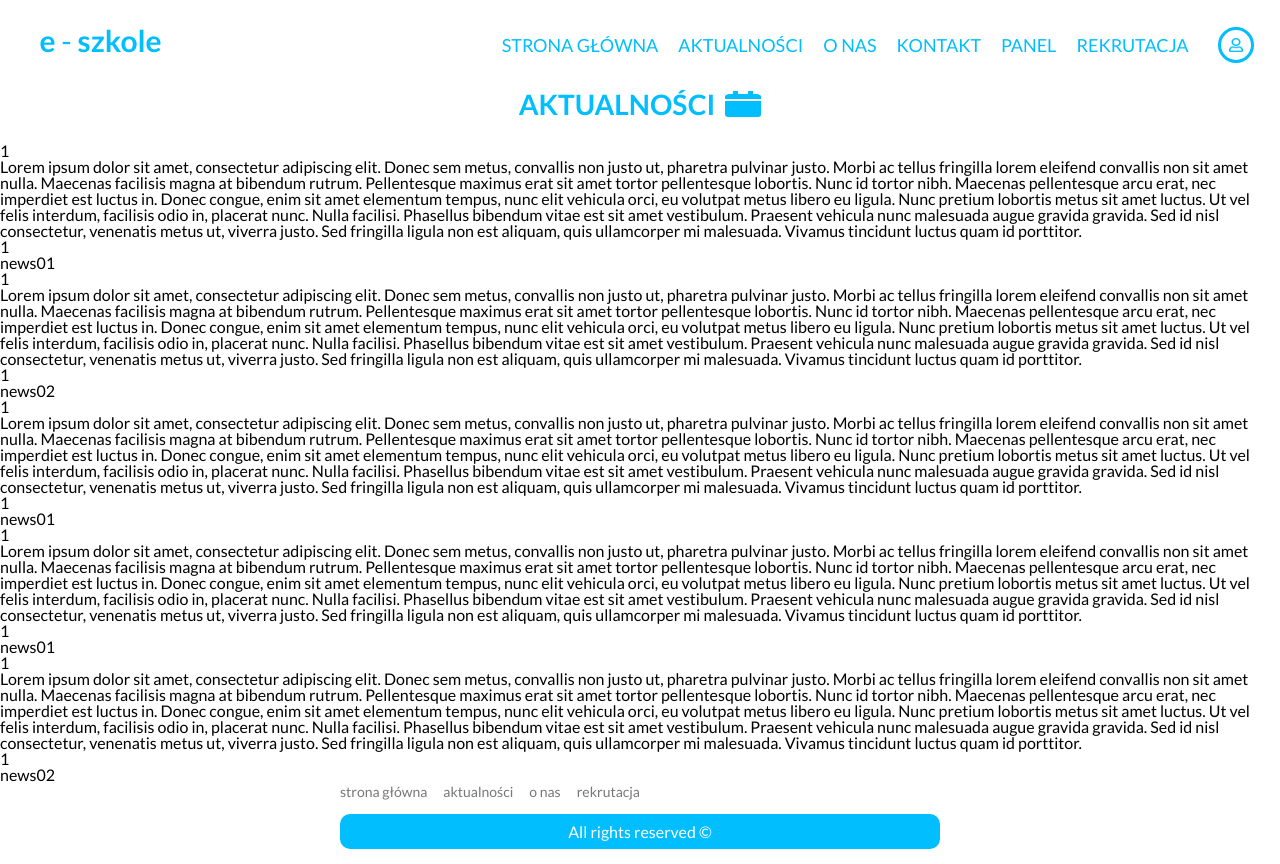
Repository: Votex874/e-szkole
Page: /blog (app in app/)
The author's editor kept a copy of each file at every save. The page is drawn from the files as they stood at one save, then again after the next save.
The browser window is 1280 px wide. The pictures show the whole page.
The project was rebuilt for these pictures with package versions that can differ from the ones it lists, and the page was loaded fresh each time. Also part of the build but not shown: app/src/components/News/Title/index.js, app/src/components/News/Content/index.js, app/src/components/News/Avatar/index.js, app/src/components/News/Footer/index.js, app/src/components/News/index.js, app/src/components/AboutUs/Content/index.js, app/src/components/AboutUs/index.js, app/src/components/Graduates/ListItem/index.js and 11 more.

Above is the page before, as saved 2019-03-05 17:56:53.

### app/src/index.js
import React from 'react';
import ReactDOM from 'react-dom';
import App from './App';
import * as serviceWorker from './serviceWorker';
import { createStore } from 'redux';
import { Provider } from 'react-redux';
import rootReducer from './reducers/rootReducer'

const store = createStore(rootReducer);

ReactDOM.render(<Provider store={store}><App /></Provider>, document.getElementById('root'));

// If you want your app to work offline and load faster, you can change
// unregister() to register() below. Note this comes with some pitfalls.
// Learn more about service workers: http://bit.ly/CRA-PWA
serviceWorker.unregister();

### app/src/App.js
import React, { Component } from 'react';
import { Route, BrowserRouter, Switch } from 'react-router-dom'
import './reset.scss'

import Home from './containers/Home/index'
import Login from './containers/Login/index'
import Contact from './containers/Contact/index'
import News from './containers/News/index'

class App extends Component {
  render() {
    return (
      <BrowserRouter>
        <Switch>
          <Route exact path='/' component={Home} />
          <Route path='/login' component={Login} />
          <Route path='/kontakt' component={Contact} />
          <Route path='/blog' component={News} />
        </Switch>
      </BrowserRouter>
    );
  }
}

export default App;

### app/src/reset.scss
html, body, div, span, applet, object, iframe,
h1, h2, h3, h4, h5, h6, p, blockquote, pre,
a, abbr, acronym, address, big, cite, code,
del, dfn, em, img, ins, kbd, q, s, samp,
small, strike, strong, sub, sup, tt, var,
b, u, i, center,
dl, dt, dd, ol, ul, li,
fieldset, form, label, legend,
table, caption, tbody, tfoot, thead, tr, th, td,
article, aside, canvas, details, embed,
figure, figcaption, footer, header, hgroup,
menu, nav, output, ruby, section, summary,
time, mark, audio, video {
	margin: 0;
	padding: 0;
	border: 0;
	font-size: 100%;
	font: inherit;
	vertical-align: baseline;
}
/* HTML5 display-role reset for older browsers */
article, aside, details, figcaption, figure,
footer, header, hgroup, menu, nav, section {
	display: block;
}
body {
	line-height: 1;
}
ol, ul {
	list-style: none;
}
blockquote, q {
	quotes: none;
}
blockquote:before, blockquote:after,
q:before, q:after {
	content: '';
	content: none;
}
table {
	border-collapse: collapse;
	border-spacing: 0;
}
@import url('https://fonts.googleapis.com/css?family=Lato:300,300i,400,400i,700&amp;subset=latin-ext');

 body {
	font-family: 'Lato', sans-serif;
 }

 a{
	 text-decoration: none;
 }

### app/src/containers/News/index.js
import React, { Component } from 'react'

import HeaderMain from '../../components/HeaderMain/index'
import Footer from '../../components/Footer/index'
import Blog from '../../components/Blog/index'


class News extends Component {
  render (){
    return (
      <React.Fragment>
        <HeaderMain />
        <Blog />
        <Footer />
      </React.Fragment>
    )
  }
}

export default News

### app/src/components/HeaderMain/index.js
import React, { Component } from 'react';
import styled from 'styled-components'
import Logo from '../Logo/index'
import Navigation from '../Nav/index'
import Hamburger from '../Hamburger/index'

const Header = styled.header`
 max-width: 1400px;
 height: 100px;
 margin: 0 auto;
 display: flex;
 justify-content: space-between;
 align-items: center;
 box-sizing: border-box;
 margin-top: 15px;
 @media (max-width: 1400px){
   width: 96%;
   height: 50px;
   align-items: center;
 }
`

class HeaderMain extends Component {
  constructor(props){
    super(props)

    this.state = {
      width: 0
    }
  }

  componentDidMount = () => {
    this.updateWindowDimensions();
    window.addEventListener('resize', this.updateWindowDimensions);
  }

  componentWillUnmount = () => {
    window.removeEventListener('resize', this.updateWindowDimensions);
  }

  updateWindowDimensions = () => {
    this.setState({ width: window.innerWidth });
  }

  render() {
    const { width } = this.state;
    return (
      <Header>
        <Logo />
        { width <= 767 ? <Hamburger /> : <Navigation /> }
      </Header>
    );
  }
}

export default HeaderMain;

### app/src/components/Footer/index.js
import React, { Component } from 'react'
import styled from 'styled-components'
import FooterNav from './FooterNav/index'
import { lightBlue } from '../../constColors'

const FooterContainer = styled.footer`
  width: 600px;
  margin: 0 auto;
  @media (max-width: 767px){
    width: 100%;
  }
`

const FooterBanner = styled.div`
  background-color: ${lightBlue};
  display: flex;
  justify-content: center;
  align-items: center;
  color: #fff;
  margin: 15px auto;
  height: 35px;
  border-radius: 10px;
  @media (max-width: 767px){
    width: 100%;
    border-radius: 0;
  }
`

class Footer extends Component {
  render(){
    return (
      <FooterContainer>
        <FooterNav />
        <FooterBanner>All rights reserved &copy; </FooterBanner>
      </FooterContainer>
    )
  }
}


export default Footer

### app/src/components/Blog/index.js
import React, { Component } from 'react'
import styled from 'styled-components'
import { connect } from 'react-redux'

import Post from './Post/index'
import SectionTitle from '../SectionTitle/index'
import IconNews from '../../images/icons/calendar.png'

const BlogContainer = styled.section`
`

class Blog extends Component {
  constructor(props){
    super(props)

    this.state = {
      title: "Aktualności"
    }
  }

  render(){
    const { news } = this.props
    return (
      <BlogContainer>
      <SectionTitle img={IconNews} title={this.state.title} />
        {news.map((post, i) => (
          <Post key={i} content={post} />
        ))}
      </BlogContainer>
    )
  }
}

const mapStateToProps = ({ news }) => {
  return {
    news
  }
}

export default connect(mapStateToProps)(Blog)

### app/src/components/Logo/index.js
import React, { Component } from 'react';
import styled from 'styled-components'
import { shineOnHover, lightBlue } from '../../constColors'
import { Link } from 'react-router-dom'

const Alink = styled.span`
  display: flex;
  flex-direction: column;
  justify-content: center;
  align-items: center;
  width: 225px;
  padding: 0 10px;
  text-decoration: none;
  font-size: 50px;
  @media (max-width: 767px) {
    width: 150px;
    height: auto;
    font-size: 28px;
    align-items: flex-start;
    justify-content: flex-start;
    padding: 0;
  }
  @media (min-width: 768px) and (max-width: 1400px) {
    width: 150px;
    font-size: 30px;
    padding: 0;
  }
  @media (min-width: 1401px){
    ${shineOnHover}
  }
`
const Span = styled.h1`
  color: ${lightBlue};
  transition: .2s;
`
const Bold = styled.b`
  font-weight: bold;
`

class Logo extends Component {
  constructor(props){
    super(props)

    this.state = {
      logoLink: '/'
    }
  }
  render() {
    const { logoLink } = this.state;
    return (
      <Link to={logoLink}>
        <Alink>
          <Span id='logo' className="logo2"><Bold>e</Bold> - <Bold>szkole</Bold></Span>
        </Alink>
      </Link>
    );
  }
}

export default Logo;

### app/src/components/Nav/index.js
import React, { Component } from 'react';
import { connect } from 'react-redux'
import styled from 'styled-components'
import SingleLink from './Link/index'
import LoginButton from './../LoginButton/index';


const Nav = styled.nav`
  display: flex;
  margin: 10px 20px 0 auto;
  @media (max-width: 767px){
    flex-direction: column;
    margin: 120px 0 0 0;
  }
`

class Navigation extends Component {

  handleEnableScroll = () => {
    document.querySelector('body').style.overflow = "auto";
  }

  render() {
    const { links } = this.props;
    let listOfLinks = [];
    let i = 0;
    for (const key of Object.keys(links)) {
      // console.log(key, links[key]);
      listOfLinks[i] = <SingleLink onClick={this.handleEnableScroll} data={links[key]} key={key} />
      i++;
    }
    return (
      <React.Fragment>
        <Nav>
          {listOfLinks}
        </Nav>
        <LoginButton />
      </React.Fragment>
    );
  }
}

const mapStateToProps = (state) => {
  return {
    links: state.links
  }
}

export default connect(mapStateToProps)(Navigation);

### app/src/components/Hamburger/index.js
import React, { Component } from 'react';
import styled from 'styled-components'
import hamburgerImg from '../../images/icons/hamburger.png'
import times from '../../images/icons/times.png'
import Navigation from '../Nav/index'

const Hamburger = styled.div`
  width: 40px;
  height: 40px;
`

const HamburgerImg = styled.img`
  width: 100%;
  height: 100%;
  opacity: 1;
  transition: .4s;
  position: relative;
  z-index: 10;
`

const MobileContainer = styled.div`
  position: absolute;
  display: flex;
  flex-direction: column-reverse;
  top: 0;
  left: 0;
  width: 100vw;
  height: 100vh;
  background-color: #fff;
  opacity: .9;
  z-index: 1;
  transition: .3s;
`

class Hambuger extends Component {
  constructor(props){
    super(props)

    this.body = document.querySelector('body');

    this.state = {
      imgAlt: 'hamburgerMenuIcon',
      imgSrc: hamburgerImg,
      fade: 1,
      displayMobile: 'none'
    }
  }

  handleHamburger = () => {
    const { imgSrc } = this.state;
    setTimeout( () => {
      if (imgSrc !== hamburgerImg) {
        this.body.style.overflow = "auto";
        this.setState({
          imgSrc: hamburgerImg,
          displayMobile: 'none',
          fade: 1
        })
      } else {
        this.body.style.overflow = "hidden";
        this.setState({
          imgSrc: times,
          displayMobile: 'block',
          fade: 1
        })
      }
    }, 400)
    this.setState({
      fade: 0
    })
  }

  render() {
    const { imgAlt, imgSrc, fade, displayMobile } = this.state
    return (
      <Hamburger>
        <HamburgerImg style={{opacity: fade}} src={imgSrc} alt={imgAlt} onClick={this.handleHamburger}/>
        <MobileContainer style={{display: displayMobile}}>
          <Navigation />
        </MobileContainer>
      </Hamburger>
    );
  }
}


export default Hambuger;

### app/src/components/SectionTitle/index.js
import React from 'react'
import styled from 'styled-components'
import { lightBlue } from '../../constColors'

const HeaderTitle = styled.h2`
  color: ${lightBlue};
  font-size: 32px;
  text-transform: uppercase;
  font-weight: bold;
  text-align: center;
  @media (max-width: 767px){
    font-size: 22px;
  }
  @media (min-width: 768px) and (max-width: 1400px){
    font-size: 28px;
  }
`
const HeaderImg = styled.img`
  width: 40px;
  height: 30px;
  margin-left: 10px;
  @media(max-width: 767px){
    width: 30px;
    height: 20px;
  }
  @media (min-width: 768px) and (max-width: 1400px){
    width: 36px;
    height: 26px;
  }
`

const Header = styled.header`
  display: flex;
  justify-content: center;
  align-items: center;
  width: 90%;
  margin: 25px auto;
`

const SectionTitle = ({ title, img }) => {
  return (
    <Header>
      <HeaderTitle>{title}</HeaderTitle>
      <HeaderImg src={img} alt="ikona zespolu"/>
    </Header>
  )
}


export default SectionTitle;

### app/src/components/Footer/FooterNav/index.js
import React, { Component } from 'react'
import styled from 'styled-components'
import NavLink from './NavLink/index'
import { connect } from 'react-redux'

const NavContainer = styled.nav`
  display: flex;
  justify-content: space-between;
  width: 50%;
  @media (max-width: 767px){
    width: 90%;
    margin: 0 auto;
  }
`

class FooterNav extends Component {
  constructor(props){
    super(props)

    this.state = {
      nav: []
    }
  }
  componentDidMount = () => {
    const { links } = this.props
    let listOfNavs = [];
    let i = 0;
    for (const key of Object.keys(links)) {
      if(links[key].basic === 'true'){
        listOfNavs[i] =
          <NavLink name={links[key].name} url={links[key].url} key={key} />
        i++;
      }
    }
    this.setState({
      nav: listOfNavs
    })
  }

  render(){
    const { nav } = this.state;
    return(
      <NavContainer>
        {nav}
      </NavContainer>
    )
  }
}

const mapStateToProps = (state) => {
  return {
    links: state.links
  }
}

export default connect(mapStateToProps)(FooterNav);

### app/src/constColors.js
const brown = '#BF5000';
const greenDark = '#008723';
const greenLight = '#34BD56';
const lightBlue = '#00BEFF';
const turquoise = '#fff';
const darkBlue = '#0057AE';

const shineOnHover = `
position: relative;
    overflow: hidden;
    display: inline-block;
    border-radius: 5px;
    text-align: center;
    line-height: 50px;

  &:after {
    content: "";
    position: absolute;
    top: -110%;
    left: -210%;
    width: 200%;
    height: 200%;
    opacity: 0;
    /* transform: rotate(30deg); */

    background: rgba(0, 190, 255, 0.13);
    background: linear-gradient(
      to right,
      rgba(0, 190, 255, 0.13) 0%,
      rgba(0, 190, 255, 0.13) 77%,
      rgba(0, 190, 255, 0.5) 92%,
      rgba(0, 190, 255, 0.0) 100%
    );
  }

  &:hover:after {
    opacity: 1;
    top: -30%;
    left: -30%;
    transition-property: left, top, opacity;
    transition-duration: 0.7s, 0.7s, 0.15s;
    transition-timing-function: ease;
  }


  &:active:after {
    opacity: 0;
  }
`

export { brown, greenLight, greenDark, lightBlue, shineOnHover, turquoise, darkBlue }

### app/src/components/Blog/Post/index.js
import React, { Component } from 'react'
import styled from 'styled-components'

import Avatar from './Avatar/index'
import Content from './Content/index'
import Footer from './Footer/index'
import Title from './Title/index'

const PostContainer = styled.article`

`

const ContentContainer = styled.section`

`

class Post extends Component {
  render() {
    const { content } = this.props
    return (
      <PostContainer>
        <ContentContainer>
          <Title title={content.title} />
          <Content text={content.content} />
          <Footer date={content.date} author={content.author} />
        </ContentContainer>
        <Avatar img={content.imageName} />
      </PostContainer>
    )
  }
}

export default Post

### app/src/components/Nav/Link/index.js
import React from 'react';
import styled from 'styled-components'
import { shineOnHover, lightBlue } from '../../../constColors'
import { Link } from 'react-router-dom'

const Alink = styled.span`
  text-decoration: none;
  color: ${lightBlue};
  margin: 10px 0;
  padding: 0 12px;
  font-size: 20px;
  text-transform: uppercase;
  text-align: center;

  @media (max-width: 767px){
    font-size: 24px;
    display: flex;
    justify-content: center;
    align-items: center;
  }
  @media (min-width: 768px) and (max-width: 1050px){
    font-size: 14px;
    margin: 10px 0;
    padding: 4px;
  }
  @media (min-width: 1051px) and (max-width: 1400px){
    font-size: 18px;
    margin: 10px 0;
    padding: 0 10px;
  }
  @media (min-width: 1401px){
    ${shineOnHover}
}
`

const SingleLink = ({ data }) => {
  return (
    <Link to={data.url}>
      <Alink>
        {data.name}
      </Alink>
    </Link>
  )
}

export default SingleLink;

### app/src/components/LoginButton/index.js
import React, { Component } from 'react';
import styled from 'styled-components'
import imgUser from '../../images/icons/loginUser.png'
import { shineOnHover, lightBlue } from '../../constColors'
import { Link } from 'react-router-dom'

const ButtonAlink = styled.span`
  width: 160px;
  height: 30px;
  font-size: 14px;
  text-transform: uppercase;
  font-weight: bold;
  text-decoration: none;
  display: flex;
  justify-content: center;
  align-items: center;
  border-radius: 20px;
  border: 3px solid ${lightBlue};
  margin-top: 10px;
  @media (max-width: 767px){
    position: absolute;
    top: 15px;
    left: 10px;
    width: 220px;
    height: 40px;
    font-size: 24px;
  }
  @media (min-width: 768px) and (max-width: 1400px){
    width: 30px;
  }
  @media (min-width: 1401px){
    ${shineOnHover}
    border-radius: 20px;
    line-height: normal;
    display: flex;
  }
`

const IconImg = styled.img`
  background-position: center;
  background-size: cover;
  background-repeat: no-repeat;
  margin-left: 15px;
  width: 14px;
  height: 14px;
  @media (max-width: 767px){
    width: 26px;
    height: 26px;
  }
  @media (min-width: 768px) and (max-width: 1400px){
    margin-left: 0;
  }
`
const SpanText = styled.span`
  color: ${lightBlue};
  @media (min-width: 768px) and (max-width: 1400px){
    display: none;
  }
`

class LoginButton extends Component {
  constructor(props){
    super(props)

    this.state = {
      loginLink: '/login'
    }
  }

  handleEnableScroll = () => {
    document.querySelector('body').style.overflow = "auto";
  }

  render() {
    const { loginLink } = this.state;
    return (
      <Link onClick={this.handleEnableScroll} to={loginLink} >
        <ButtonAlink>
          <SpanText>zaloguj się</SpanText>
          <IconImg src={imgUser} />
        </ButtonAlink>
      </Link>
    );
  }
}

export default LoginButton;

### app/src/components/Footer/FooterNav/NavLink/index.js
import React from 'react'
import styled from 'styled-components'
import { Link } from 'react-router-dom'

const Alink = styled.span`
  text-decoration: none;
  font-size: 14px;
  color: #777;
  @media (max-width: 767px){
    font-size: 12px;
  }
  @media (min-width: 768px) and (max-width: 1400px){
    font-size: 14px;
  }
`


const NavLink = ({ name, url }) => {
  return (
    <Link to={url}>
      <Alink>{name}</Alink>
    </Link>
  )
}

export default NavLink

### app/src/components/Blog/Post/Avatar/index.js
import React from 'react'

const Avatar = ({ img }) => {
  return (
    <div>{img}</div>
  )
}

export default Avatar

### app/src/components/Blog/Post/Content/index.js
import React from 'react'

const Content = ({ text }) => {
  return (
    <div>{text}</div>
  )
}

export default Content

### app/src/components/Blog/Post/Footer/index.js
import React from 'react'

const Footer = (props) => {
  return (
    1
  )
}

export default Footer

### app/src/components/Blog/Post/Title/index.js
import React from 'react'

const Title = ( props ) => {
  return (
    1
  )
}

export default Title

Loaded but not shown: app/public/index.html (common file); app/src/serviceWorker.js (common file); app/src/reducers/rootReducer.js (90 lines, source omitted)

After the next save:
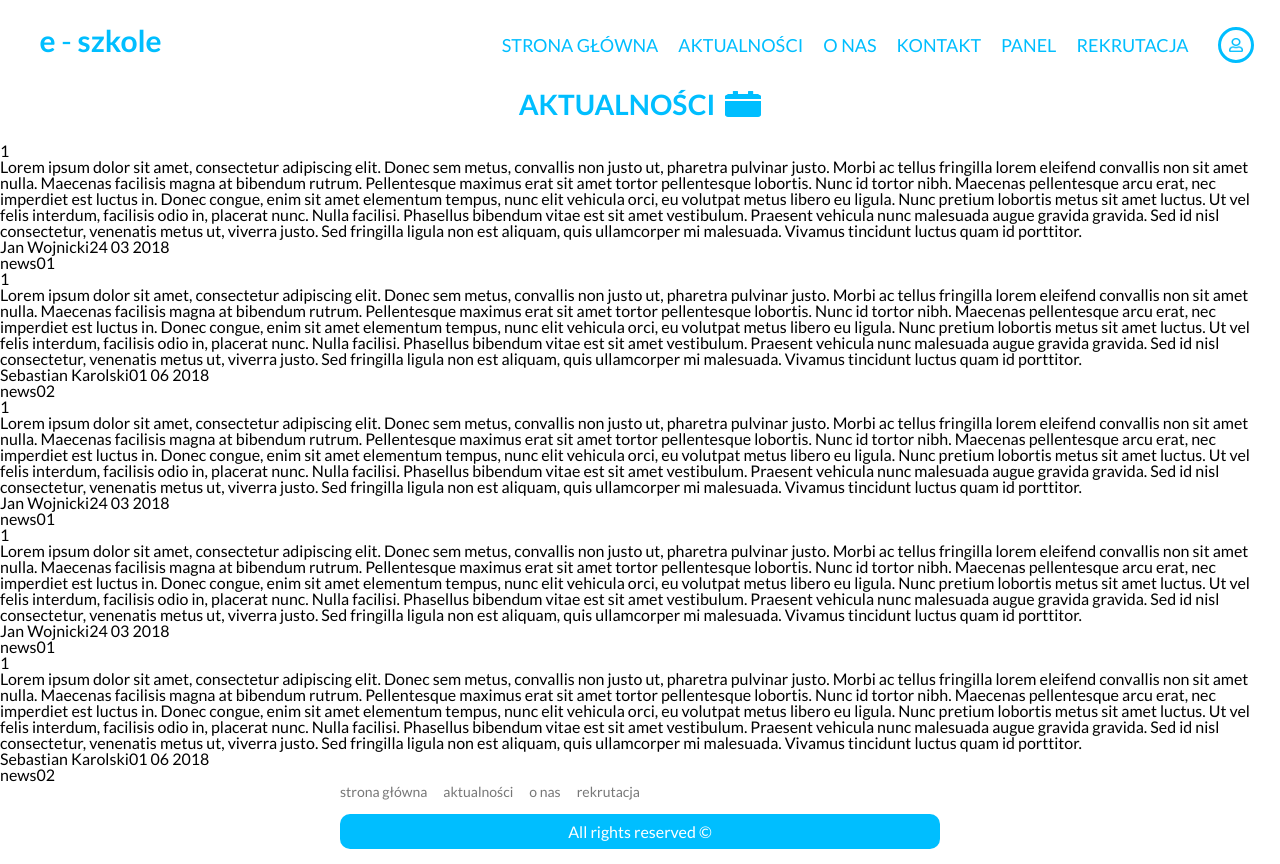
Saved 25 s later.
--- a/app/src/components/Blog/Post/Footer/index.js
+++ b/app/src/components/Blog/Post/Footer/index.js
@@ -1,8 +1,8 @@
 import React from 'react'
 
-const Footer = (props) => {
+const Footer = ({ author, date }) => {
   return (
-    1
+    <div>{author}{date}</div>
   )
 }
 
